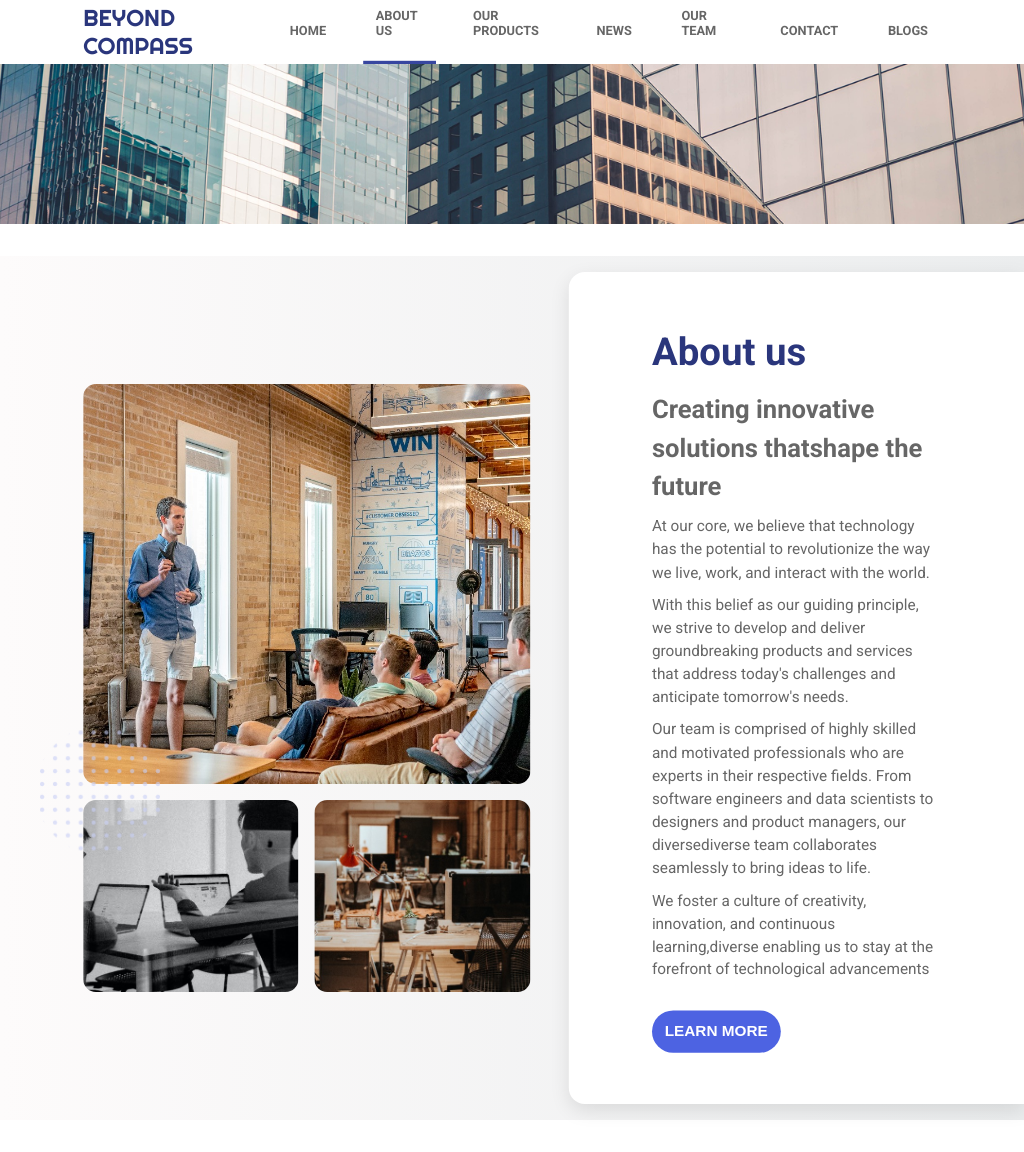
Repository: trunghau06/baitapRn
Page: pages/about.html
The author's editor kept a copy of each file at every save. The page is drawn from the files as they stood at one save, then again after the next save.
The browser window is 1280 px wide. The pictures show the whole page, at 80% of full size.

Above is the page before, as saved 2025-10-10 22:09:38.

### pages/about.html
<!DOCTYPE html>
<html lang="en">
<head>
    <meta charset="UTF-8">
    <meta name="viewport" content="width=device-width, initial-scale=1.0">
    <title>About us</title>
    <link rel="stylesheet" href="../style/about.css?v=1">
    <link rel="stylesheet" href="https://cdnjs.cloudflare.com/ajax/libs/font-awesome/6.5.1/css/all.min.css">
    <link href="https://fonts.googleapis.com/css2?family=Roboto:wght@400;700&display=swap" rel="stylesheet">
</head>
<body>
    <!-- Thanh Header -->
    <header>
        <div class="header-Page">
            <!-- Logo -->
            <div class="logo">BEYOND COMPASS</div>

            <!-- Navigation Menu -->
            <nav>
                <div class="menu-item"><a href="../ndex.html">HOME</a></div>
                <div class="menu-item active"><a href="../pages/about.html">ABOUT US</a></div>
                <div class="menu-item"><a href="../pages/product.html">OUR PRODUCTS</a></div>
                <div class="menu-item"><a href="../pages/news.html">NEWS</a></div>
                <div class="menu-item"><a href="../pages/team.html">OUR TEAM</a></div>
                <div class="menu-item"><a href="../pages/contact.html">CONTACT</a></div>
                <div class="menu-item"><a href="../pages/blogs.html">BLOGS</a></div>
            </nav>
        </div>
    </header>

    <div class="header-banner"></div>

    <!-- Nội dung chính -->

    <div class="main-section">
        <!-- Phan khung anh-->
        <div class="image-section">
            <!-- Anh lon -->
            <div class="image-large">
                <img src="../Images/image_about_1.jpg" alt="Ảnh lớn">
            </div>

            <!-- Anh nho -->
            <div class="img-small">
                <img src="../Images/image_about_2.jpg" alt="Laptop workspace">
                <img src="../Images/image_about_3.jpg" alt="Office">
            </div>
        </div>

        <div class="image-blur">
            <img src="../Images/image_blur.png">
        </div>

        <!-- Phan noi dung -->
        <div class="content-section">
            <h2>About us</h2>

            <h3>Creating innovative solutions thatshape the future</h3>

            <p>
                At our core, we believe that technology has the potential to
                revolutionize the way we live, work, and interact with the world.
            </p>

            <p>
                With this belief as our guiding principle, we strive to develop and
                deliver groundbreaking products and services that address today's
                challenges and anticipate tomorrow's needs.
            </p>

            <p>
                Our team is comprised of highly skilled and motivated professionals
                who are experts in their respective fields. From software engineers
                and data scientists to designers and product managers, our diversediverse
                team collaborates seamlessly to bring ideas to life.
            </p>

            <p>
                We foster a culture of creativity, innovation, and continuous learning,diverse
                enabling us to stay at the forefront of technological advancements
            </p>

            <button class="btn-learnmore">LEARN MORE</button>
        </div>
    </div>
</body>
</html>

### style/about.css
@import url('https://fonts.googleapis.com/css2?family=Righteous&display=swap');

* {
    margin: 0;
    padding: 0;
    box-sizing: border-box;
}

body {
    font-family: Arial, sans-serif;
}

/* Header */
.header-Page {
    position: fixed;
    top: 0;
    left: 0;
    width: 100%;
    margin: 0 auto;
    padding: 0 104px;
    display: flex;
    justify-content: space-between;
    align-items: center;
    height: 80px;
    background-color: white;
    z-index: 1000;
}


/* Logo */
.logo {
    font-family: 'Righteous', Arial, sans-serif;
    color: #2A367C;
    font-size: 1.8em;
    font-weight: 400;
}

/* Menu */
nav {
    display: flex;
    gap: 30px;
    align-items: flex-end;
    align-self: flex-end;
}

.menu-item {
    padding: 12px 16px 28px 16px;
    display: flex;
    justify-content: center;
    border-bottom: 4px solid transparent;
    transition: border-color 0.3s;
}

.menu-item:hover {
    border-bottom-color: #3746A0;
}

.menu-item.active {
    border-bottom-color: #3746A0;
}

.menu-item a {
    text-decoration: none;
    color: #666666;
    font-size: 1em;
    font-weight: 700;
    font-family: 'Roboto', Arial, sans-serif;
}

/* Banner */
.header-banner {
    margin-top: 80px;
    width: 100%;
    height: 200px;
    background-image: url('../Images/anhHeader_2.png');
    background-size: cover;
    background-position: center;
}

/* Main Content */
.main-section {
    display: flex;
    justify-content: space-between;
    align-items: center;
    width: 100%;
    margin: 40px auto;
    background-image: linear-gradient(to right, #FDFBFB, #EBEDEE);
    padding: 20px 0 20px 104px;
    gap: 48px;
    position: relative;
}

.image-blur {
    position: absolute;
    left: 50px;
    top: 62%;
    transform: translateY(-50%);
    z-index: 999;
}

.image-blur img {
    width: 150px;
    height: auto;
    opacity: 0.6;
}

.image-section {
    width: 50%;
    display: flex;
    flex-direction: column;
    gap: 20px;
    overflow: hidden;
}

.image-large {
    width: 100%;
    height: 500px;
    border-radius: 16px;
    overflow: hidden;
}

.image-large img {
    width: 100%;
    height: 100%;
    object-fit: cover;
    display: block;
}

.img-small {
    display: flex;
    gap: 20px;
}

.img-small img {
    width: 50%;
    height: 240px;
    aspect-ratio: 1 / 1;
    border-radius: 16px;
    object-fit: cover;
}

.content-section {
    width: 50%;
    background: #FFFFFF;
    box-shadow: 0 8px 24px rgba(0, 0, 0, 0.1);
    border-radius: 20px 0 0 20px;
    padding: 64px 104px;
    display: flex;
    flex-direction: column;
    justify-content: center;
}

.content-section h2 {
    font-family: 'Roboto', Arial, sans-serif;
    color: #2A367C;
    font-size: 3em;
    font-weight: 700;
    margin-bottom: 12px;
    line-height: 1.5;
    letter-spacing: 1%;
}

.content-section h3 {
    font-family: 'Roboto', Arial, sans-serif;
    font-size: 2em;
    color: #666666;
    font-weight: bold;
    margin-bottom: 12px;
    line-height: 1.5;
    letter-spacing: 1%;
}

.content-section p {
    color: #666666;
    font-family: 'Roboto', Arial, sans-serif;
    margin-bottom: 12px;
    line-height: 1.5;
    letter-spacing: 1%;
    font-size: 1.2em;
}

.btn-learnmore {
    margin-top: 24px;
    background-color: #4D63E2;
    color: white;
    font-size: 1.2em;
    font-weight: 600;
    padding: 12px 16px;
    border: none;
    line-height: 1.5;
    letter-spacing: 1%;
    border-radius: 32px;
    cursor: pointer;
    transition: all 0.3s ease;
    align-self: flex-start;
}

After the next save:
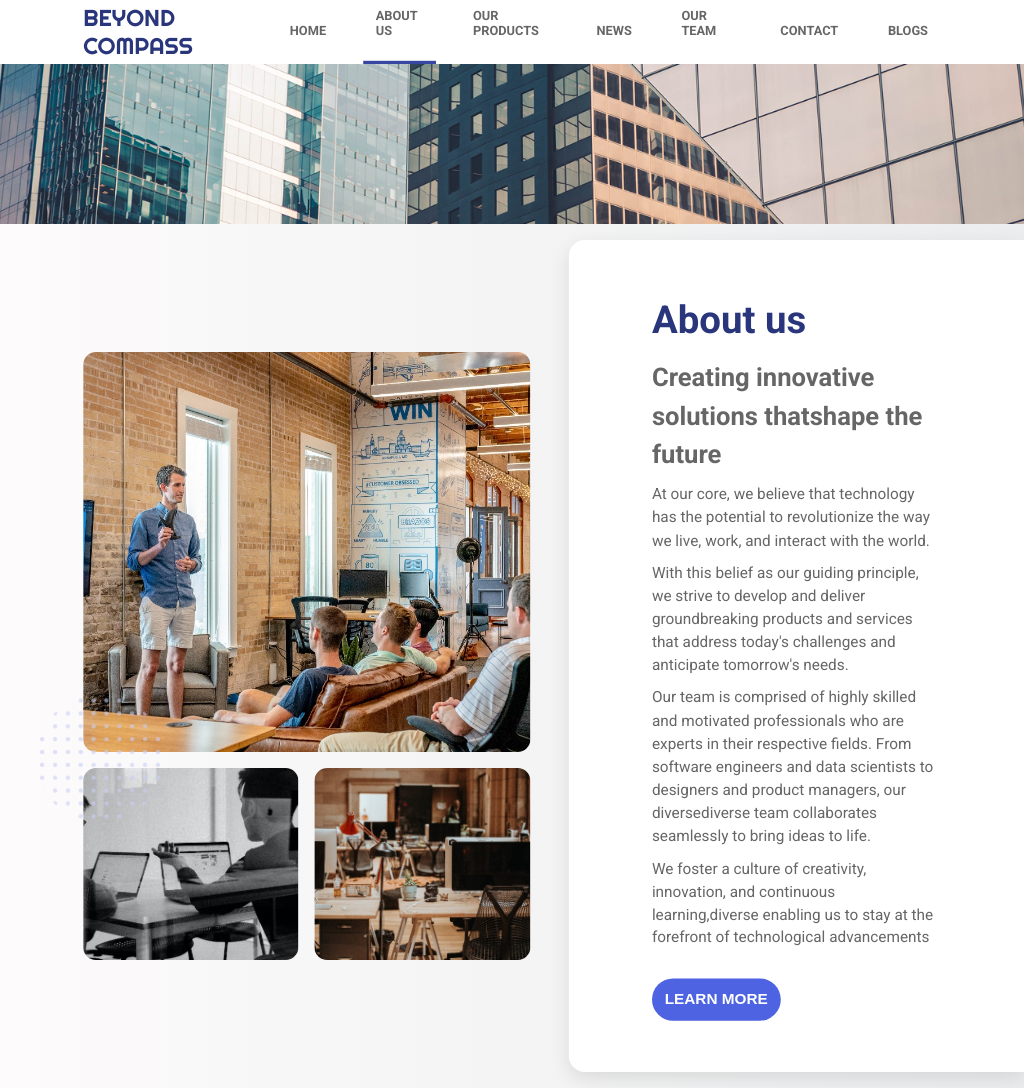
Saved 31 s later.
--- a/style/about.css
+++ b/style/about.css
@@ -83,7 +83,7 @@ nav {
     justify-content: space-between;
     align-items: center;
     width: 100%;
-    margin: 40px auto;
+    margin: 0 auto;
     background-image: linear-gradient(to right, #FDFBFB, #EBEDEE);
     padding: 20px 0 20px 104px;
     gap: 48px;
